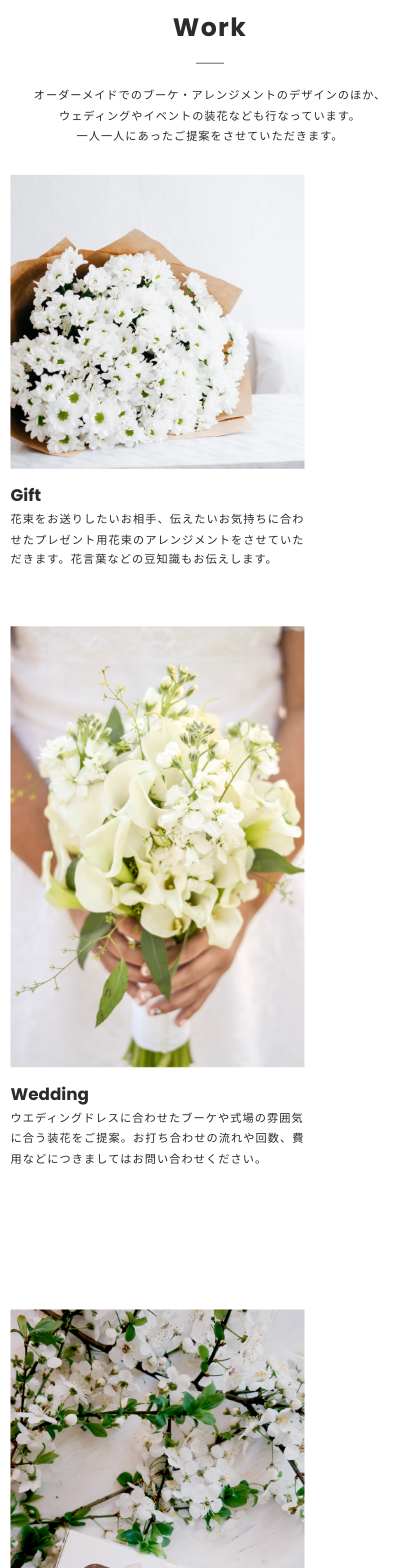
Repository: kami8ma8810/Portfolio-Findjob
Page: public/2019/Shiro/index.html
An editor plug-in stored every save of this project. The page is shown before and after the next save, followed by the edit.
The browser window is 600 px wide. The pictures show the part of the page from y = 1514 to 3754 px (the page is 7074 px tall before and 7759 px after), at 70% of full size.
Some web libraries are served in a nearby version.

Above is the page before, as saved 2019-06-19 22:12:53.

After the next save:
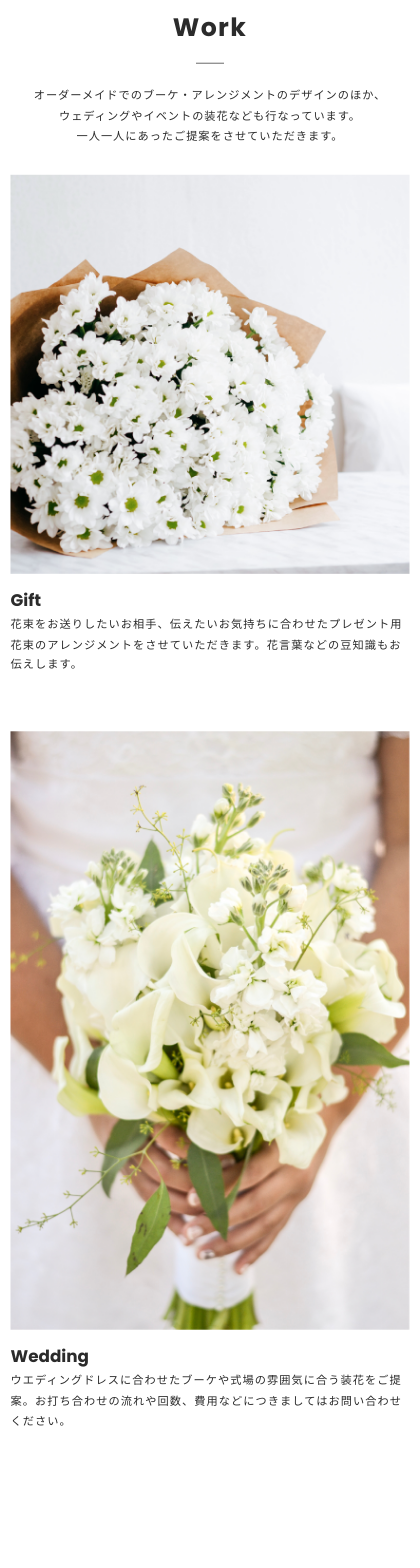
Saved 117 s later.
--- a/public/2019/Shiro/responsive.css
+++ b/public/2019/Shiro/responsive.css
@@ -10,4 +10,7 @@
   display: block;
   height: auto;
 }
+.work_content {
+  width: 100%;
+}
   }
